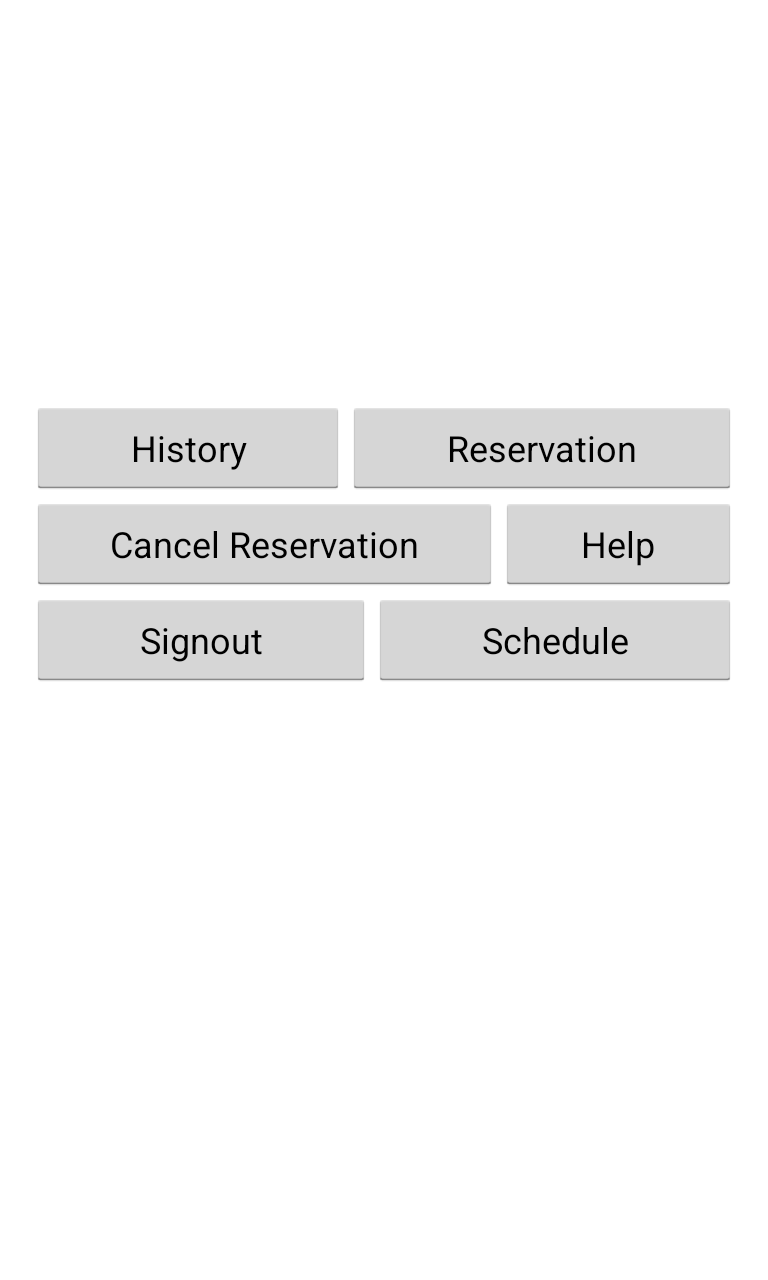
Repository: AungWinnHtut/MScAnd
Layout: com.example.com.engineer4myanmar.rtrs.MainActivity/res/layout/activity_main.xml
An editor plug-in stored every save of this project. The layout is shown before and after the next save, followed by the edit.
It is drawn on a 768 x 1280 px phone screen (xhdpi) without system bars, with theme AppTheme; the app's code is not run.

Above is the layout before, as saved 2015-06-21 07:00:16.

### com.example.com.engineer4myanmar.rtrs.MainActivity/res/layout/activity_main.xml
<LinearLayout xmlns:android="http://schemas.android.com/apk/res/android"
    xmlns:tools="http://schemas.android.com/tools"
    android:layout_width="match_parent"
    android:layout_height="match_parent"
    android:orientation="vertical" >

    <LinearLayout
        android:layout_width="match_parent"
        android:layout_height="wrap_content"
        android:layout_marginLeft="15dp"
        android:layout_marginRight="15dp"
        android:orientation="horizontal"
        android:layout_marginTop="200dp"
        >

        <Button
            android:id="@+id/btnHistory"
            android:layout_weight="1"
            android:layout_width="wrap_content"
            android:layout_height="wrap_content"
            android:text="History" />

        <Button
            android:id="@+id/btnReservation"
            android:layout_weight="1"
            android:layout_width="wrap_content"
            android:layout_height="wrap_content"
            android:text="Reservation" />

    </LinearLayout>

    <LinearLayout
        android:layout_width="match_parent"
        android:layout_height="wrap_content"
        android:layout_marginLeft="15dp"
        android:layout_marginRight="15dp"
        android:orientation="horizontal"
        >

        <Button
            android:id="@+id/btnCancelReservation"
            android:layout_width="wrap_content"
            android:layout_height="wrap_content"
            android:layout_weight="1"
            android:text="Cancel Reservation" />

        <Button
            android:id="@+id/btnHelp"
            android:layout_width="wrap_content"
            android:layout_height="wrap_content"
            android:layout_weight="1"
            android:text="Help" />

    </LinearLayout>

    <LinearLayout
        android:layout_width="match_parent"
        android:layout_height="wrap_content"
     	android:layout_marginLeft="15dp"
        android:layout_marginRight="15dp"
        android:orientation="horizontal"
        >

        <Button
            android:id="@+id/btnSignOut"
            android:layout_width="wrap_content"
            android:layout_height="wrap_content"
            android:layout_weight="1"
            android:text="Signout" />

        <Button
            android:id="@+id/btnSchedule"
            android:layout_width="wrap_content"
            android:layout_height="wrap_content"
            android:layout_weight="1"
            android:text="Schedule" />

    </LinearLayout>

</LinearLayout>

Loaded but not shown: com.example.com.engineer4myanmar.rtrs.MainActivity/res/values-v11/styles.xml (common file); com.example.com.engineer4myanmar.rtrs.MainActivity/res/values-v14/styles.xml (common file); com.example.com.engineer4myanmar.rtrs.MainActivity/res/values/styles.xml (common file)

After the next save:
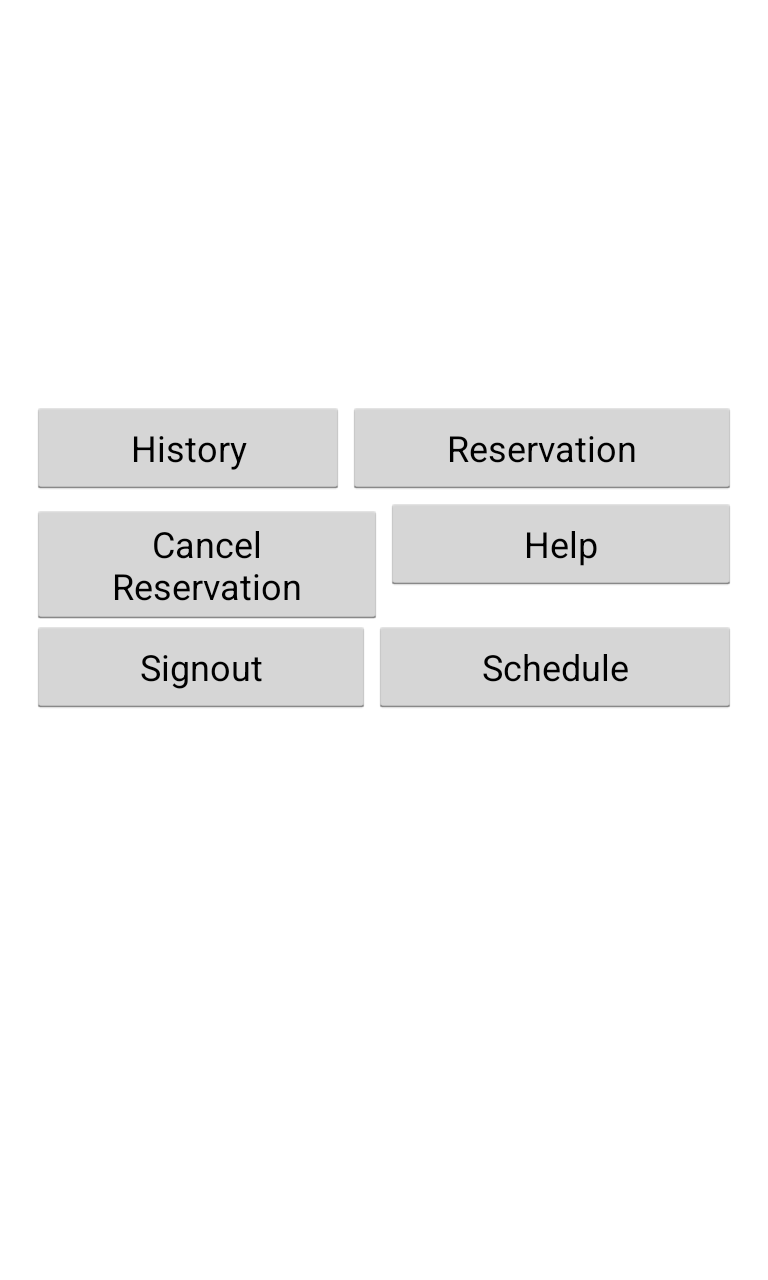
Saved 114 s later.
--- a/com.example.com.engineer4myanmar.rtrs.MainActivity/res/layout/activity_main.xml
+++ b/com.example.com.engineer4myanmar.rtrs.MainActivity/res/layout/activity_main.xml
@@ -39,14 +39,14 @@
 
         <Button
             android:id="@+id/btnCancelReservation"
-            android:layout_width="wrap_content"
+            android:layout_width="0dp"
             android:layout_height="wrap_content"
             android:layout_weight="1"
             android:text="Cancel Reservation" />
 
         <Button
             android:id="@+id/btnHelp"
-            android:layout_width="wrap_content"
+            android:layout_width="0dp"
             android:layout_height="wrap_content"
             android:layout_weight="1"
             android:text="Help" />
